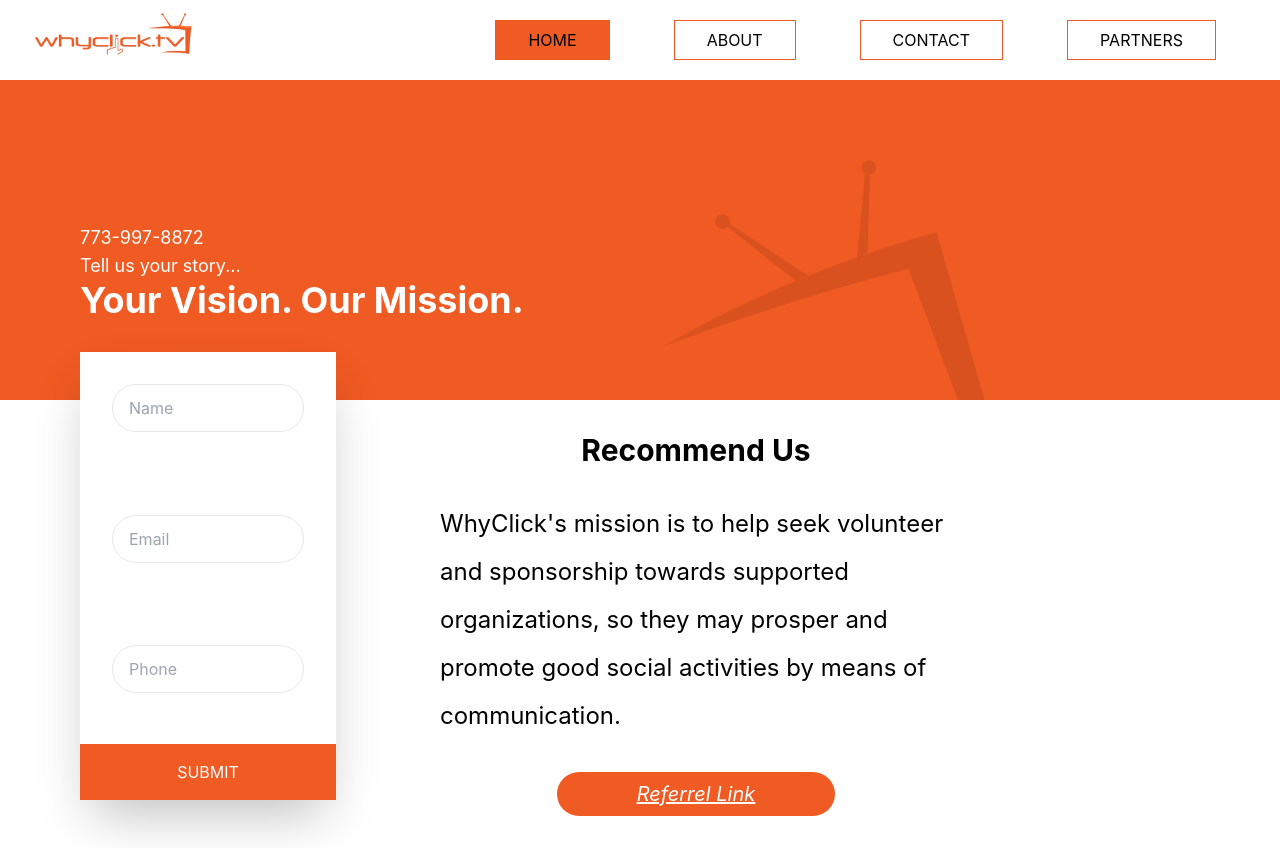
Repository: legenddev1202/whyclicktv
Page: /
An editor plug-in stored every save of this project. The page is shown before and after the next save, followed by the edit.
The browser window is 1280 px wide. The pictures show the whole page.
The project was rebuilt for these pictures with package versions that can differ from the ones it lists, and the page was loaded fresh each time. Also part of the build but not shown: src/pages/about.js, src/App.css.

Above is the page before, as saved 2022-03-31 08:33:03.

### src/index.css
@tailwind base;
@tailwind components;
@tailwind utilities;

body {
  margin: 0;
  font-family: -apple-system, BlinkMacSystemFont, "Segoe UI", "Roboto", "Oxygen",
    "Ubuntu", "Cantarell", "Fira Sans", "Droid Sans", "Helvetica Neue",
    sans-serif;
  -webkit-font-smoothing: antialiased;
  -moz-osx-font-smoothing: grayscale;
  height: 100%;
  min-height: 500px;
}

code {
  font-family: source-code-pro, Menlo, Monaco, Consolas, "Courier New",
    monospace;
}

### src/App.js
import { Routes, Route, Link } from "react-router-dom";
import Home from "./pages/home";
import About from "./pages/about";
import "./App.css";

function App() {
  return (
    <Routes>
      <Route path="/" element={<Home />} />
      <Route path="about" element={<About />} />
    </Routes>
  );
}

export default App;

### src/pages/home.js
import React from "react";
import { Routes, Route, Link } from "react-router-dom";

function Home() {
  return (
    <>
      <div className="bg-transparent w-full h-20 flex items-center px-8 justify-between">
        <div className="h-20">
          <img
            className="logo-icon h-full"
            src="assets/images/logos/logo.svg"
            alt="logo"
          />
        </div>
        <div className="">
          <button
            className="h-10 px-8 mx-8 border"
            style={{ borderColor: "#F05A23", backgroundColor: "#F05A23" }}
          >
            <Link to="/">HOME</Link>
          </button>
          <button
            className="h-10 px-8 mx-8 border"
            style={{ borderColor: "#F05A23" }}
          >
            <Link to="/about">ABOUT</Link>
          </button>
          <button
            className="h-10 px-8 mx-8 border"
            style={{ borderColor: "#F05A23" }}
          >
            <Link to="/contact">CONTACT</Link>
          </button>
          <button
            className="h-10 px-8 mx-8 border"
            style={{ borderColor: "#F05A23" }}
          >
            <Link to="/contact">PARTNERS</Link>
          </button>
        </div>
      </div>
      <div className="h-full w-full bg-slate-300">
        <div
          className="relative overflow-hidden"
          style={{ backgroundColor: "#F05A23" }}
        >
          <img
            className="logo-icon h-full absolute -bottom-20 right-72"
            src="assets/images/logos/tv-logo.png"
            alt="logo"
          />
          <div className="p-20 pt-36">
            <div className="text-lg text-white">773-997-8872</div>
            <div className="text-lg text-white">Tell us your story...</div>
            <div className="text-4xl font-bold text-white">
              Your Vision. Our Mission.
            </div>
          </div>
        </div>
      </div>
      <div className="w-full h-full p-8 pl-36 flex flex-col items-center justify-center relative">
        <div className="text-3xl font-bold">Recommend Us</div>
        <div className="text-2xl max-w-lg pt-8 leading-loose">
          WhyClick's mission is to help seek volunteer and sponsorship towards
          supported organizations, so they may prosper and promote good social
          activities by means of communication.
        </div>
        <button
          className="rounded-full italic p-2 px-20 text-white underline text-xl mt-8"
          style={{ backgroundColor: "#F05A23" }}
        >
          <Link to="/referrel">Referrel Link</Link>
        </button>
        <div className="w-1/5 h-full bg-white shadow-2xl absolute left-20 -top-12 flex flex-col justify-between">
          <div className="p-8">
            <input
              className="border rounded-full w-full h-12 px-4"
              placeholder="Name"
            ></input>
          </div>
          <div className="p-8">
            <input
              className="border rounded-full w-full h-12 px-4"
              placeholder="Email"
            ></input>
          </div>
          <div className="p-8">
            <input
              className="border rounded-full w-full h-12 px-4"
              placeholder="Phone"
            ></input>
          </div>
          <button
            className="width-full h-14 flex items-center justify-center text-white"
            style={{ backgroundColor: "#F05A23" }}
          >
            SUBMIT
          </button>
        </div>
      </div>
    </>
  );
}
export default Home;

Loaded but not shown: public/index.html (common file); src/index.js (common file); src/reportWebVitals.js (common file); tailwind.config.js (common file)

After the next save:
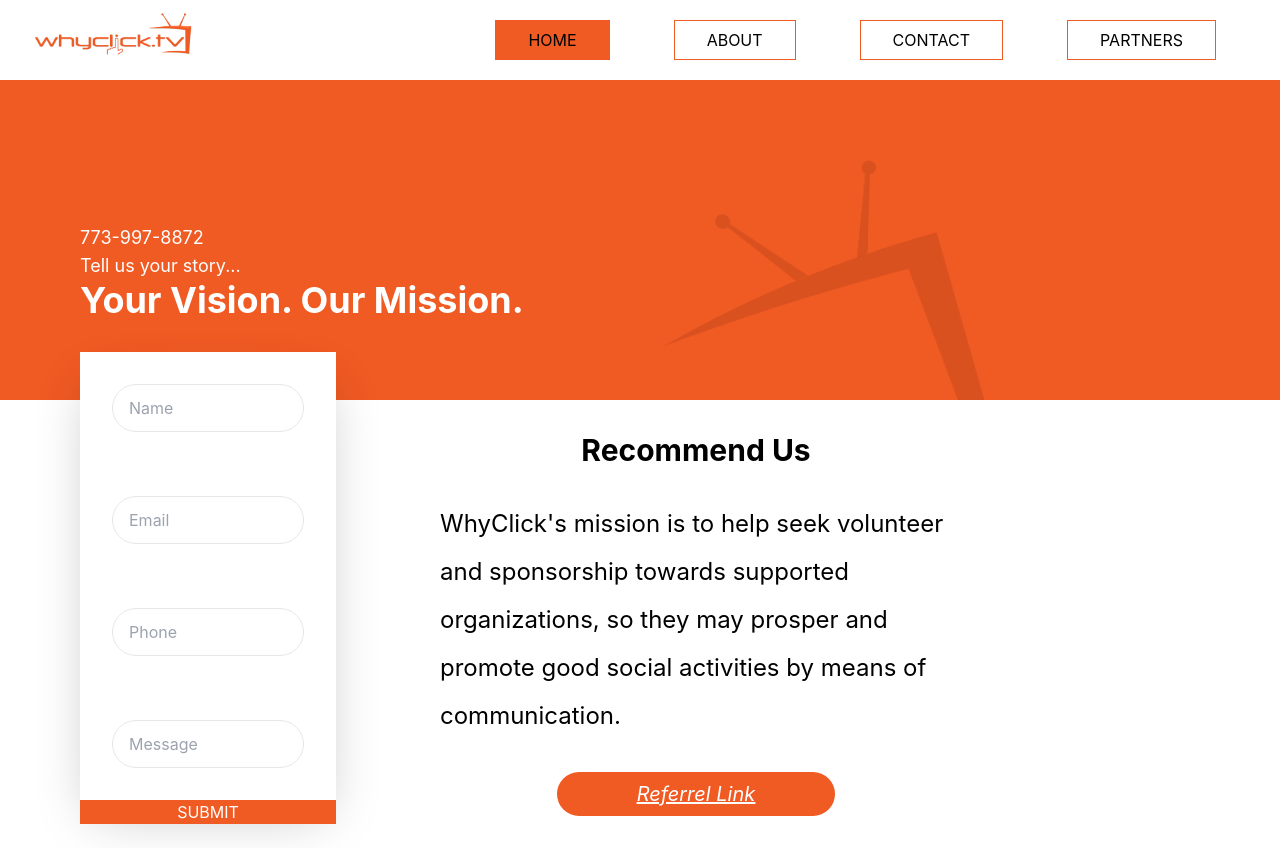
Saved 24 s later.
--- a/src/pages/home.js
+++ b/src/pages/home.js
@@ -90,6 +90,13 @@
               placeholder="Phone"
             ></input>
           </div>
+          <div className="p-8">
+            <input
+              className="border rounded-full w-full h-12 px-4"
+              placeholder="Message"
+              aria-multiline
+            ></input>
+          </div>
           <button
             className="width-full h-14 flex items-center justify-center text-white"
             style={{ backgroundColor: "#F05A23" }}
